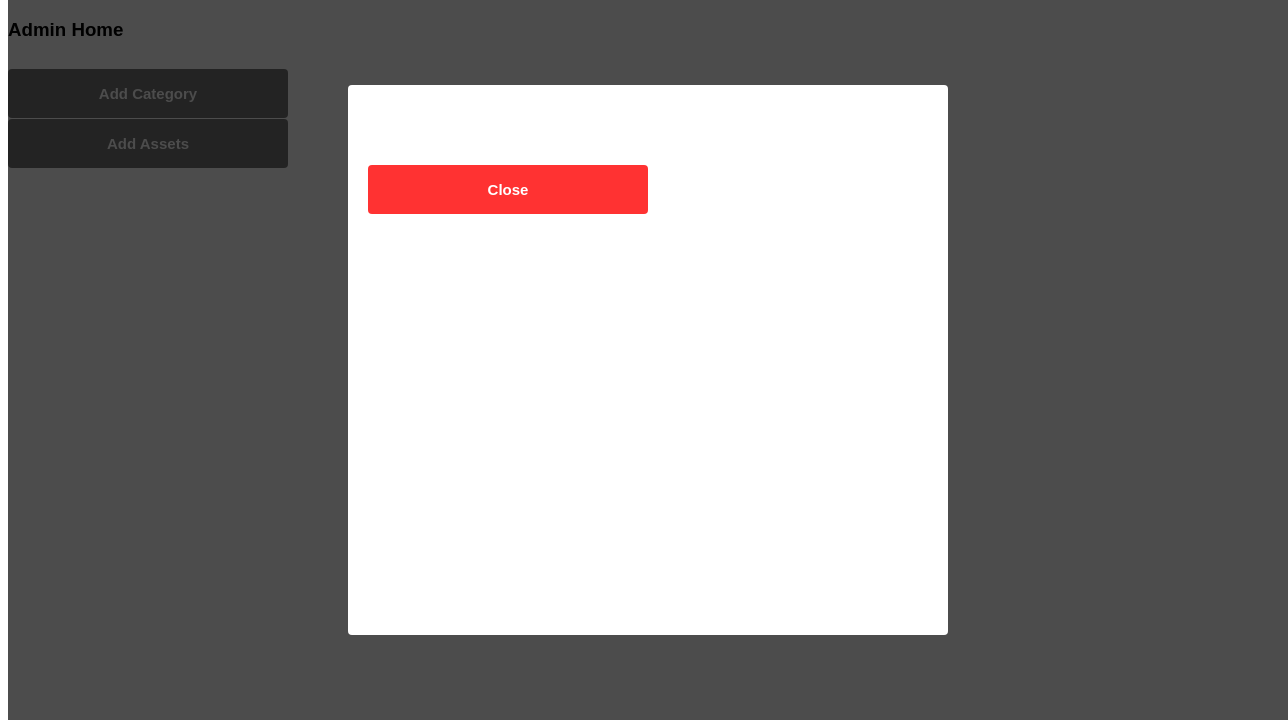
Repository: DhruvKaushal/CodeFury_404Found
Page: http://localhost/e-assets/assetadded.jsp
An editor plug-in stored every save of this project. The page is shown before and after the next save, followed by the edit.
The browser window is 1280 px wide. The page is 1288 px wide, so the pictures cover 1288 px, including what lies to the right of the window. The pictures show the whole page.
The page is served by Tomcat 9.

Above is the page before, as saved 2020-10-05 10:31:20.

After the next save:
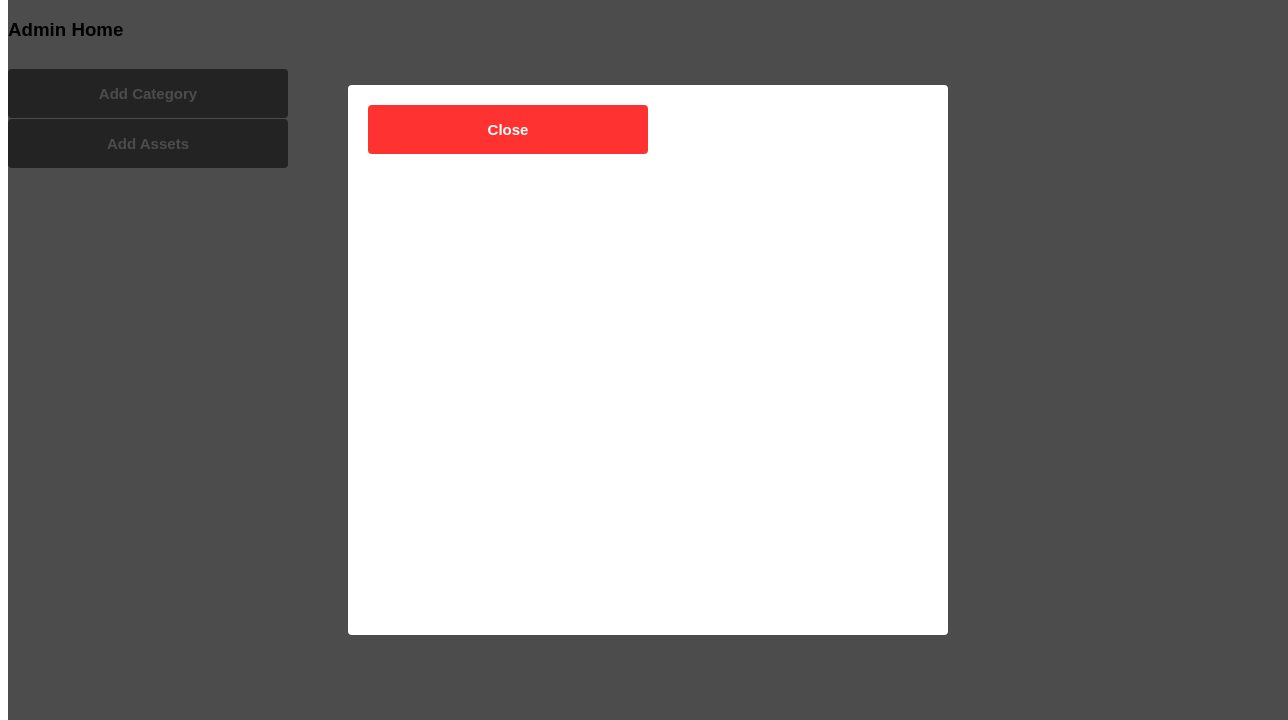
Saved 16 s later.
--- a/Aditya's New/E-Assets-Management/e-assets/WebContent/addassets.css
+++ b/Aditya's New/E-Assets-Management/e-assets/WebContent/addassets.css
@@ -44,7 +44,7 @@ body {font-family: Arial, Helvetica, sans-serif;}
   opacity: 0.8;
   width: 280px;
   margin: auto;
-  margin-top: 60px;
+
   font-weight: bold;
   font-size: 15px;
   display: inline-block;
